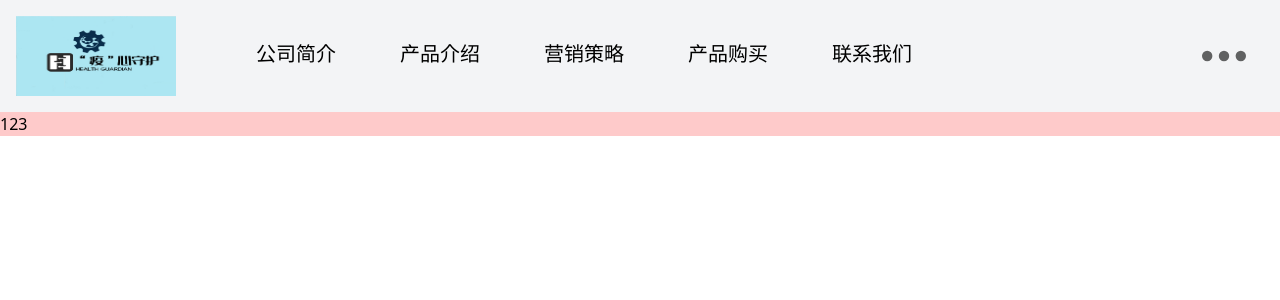
Repository: LiuRuohui/company_introduction
Page: /#/introduction
These files come from the project's save history. The page is drawn as it stood at one moment and after the next save; the edit follows.
The browser window is 1280 px wide. The pictures show the whole page.
The project was rebuilt for these pictures with package versions that can differ from the ones it lists, and the page was loaded fresh each time. Also part of the build but not shown: vite.config.js, src/components/product.vue, src/components/purchase.vue, src/components/strategy.vue, src/components/contact.vue, src/components/public.vue.

Above is the page before, as saved 2022-05-09 23:12:51.

### index.html
<!DOCTYPE html>
<html lang="en">
  <head>
    <meta charset="UTF-8" />
    <link rel="icon" href="/favicon.ico" />
    <meta name="viewport" content="width=device-width, initial-scale=1.0" />
    <title>COMPANY_INTRODUCTION</title>
  </head>
  <body>
    <div id="app"></div>
    <script type="module" src="/src/main.js"></script>
  </body>
</html>

### src/main.js
import { createApp } from 'vue'
import "./index.css";
//引入路由器
import router from '../src/router/route.js'

import App from './App.vue'

const app = createApp(App);
app.use(router);
app.mount('#app');

### src/index.css
/* ./src/index.css */

@tailwind base;
@tailwind components;
.inputFrame {
  @apply w-full content-center text-base px-4 py-2 border-b rounded-2xl border-gray-300;
}

.inputFrame:focus {
  @apply outline-none border-indigo-500;
}

.btn {
  @apply w-full flex justify-center bg-gradient-to-r from-indigo-500 to-blue-600 text-gray-100 p-4 rounded-full tracking-wide font-semibold shadow-lg cursor-pointer transition ease-in duration-500;
}

.btn:hover {
  @apply bg-gradient-to-l from-blue-500 to-indigo-600;
}

.label {
  @apply ml-3 text-sm font-bold text-gray-700 tracking-wide;
}

@tailwind utilities;

### src/router/route.js
import { createRouter, createWebHashHistory } from "vue-router";
//引入组件
import Introduction from "../components/introduction.vue"
import Product from "../components/product.vue"
import Purchase from "../components/purchase.vue"
import Strategy from "../components/strategy.vue"
import Contact from "../components/contact.vue"

const route = [
    {
        path:'/introduction',
        component:Introduction
    },
    {
        path:'/product',
        component:Product
    },
    {
        path:'/strategy',
        component:Strategy
    },
    {
        path:'/purchase',
        component:Purchase
    },
    {
        path:'/contact',
        component:Contact
    },
]

// 创建路由对象
const router = createRouter({
    history: createWebHashHistory(),
    routes: route
  });


export default router

### src/App.vue
<script setup>
import Public from './components/public.vue';
import MainPage from './components/mainPage.vue';
// This starter template is using Vue 3 <script setup> SFCs
// Check out https://vuejs.org/api/sfc-script-setup.html#script-setup

</script>

<template>
<MainPage></MainPage>
</template>

<style>

</style>

### src/components/introduction.vue
<script setup>

</script>

<template>
<div class="w-full h-full bg-red-200">
123
</div>
</template>

### src/components/mainPage.vue
<script setup></script>

<template>
    <div class="max-h-full min-h-screen w-full flex flex-col bg-white">
        <div class="w-full h-28 flex flex-row bg-gray-100">
            <div class="h-full">
                <img
                    src="/src/assets/logo.png"
                    alt="公司图标"
                    class="h-20 m-4 w-40"
                />
            </div>
            <div class="flex font-sans text-xl ml-8">
                <router-link
                    active-class="active"
                    to="/introduction"
                    class="px-8 pt-10 hover:cursor-pointer hover:bg-blue-300"
                    >公司简介</router-link
                >
                <router-link
                    active-class="active"
                    to="/product"
                    class="px-8 pt-10 hover:cursor-pointer hover:bg-blue-300"
                    >产品介绍</router-link
                >
                <router-link
                    active-class="active"
                    to="/strategy"
                    class="px-8 pt-10 hover:cursor-pointer hover:bg-blue-300"
                    >营销策略</router-link
                >
                <router-link
                    active-class="active"
                    to="/purchase"
                    class="px-8 pt-10 hover:cursor-pointer hover:bg-blue-300"
                    >产品购买</router-link
                >
                <router-link
                    active-class="active"
                    to="/contact"
                    class="px-8 pt-10 hover:cursor-pointer hover:bg-blue-300"
                    >联系我们</router-link
                >
            </div>
            <div class="flex flex-grow flex-row-reverse">
                <img
                    src="/src/assets/more.svg"
                    alt="更多"
                    class="w-16 h-16 opacity-60 mt-6 mr-6 hover:cursor-pointer"
                />
            </div>
        </div>
        <div class="w-full flex flex-grow">
            <router-view></router-view>
        </div>
    </div>
</template>

<style></style>

### tailwind.config.js
module.exports = {
  content: [
      "./index.html",
      "./src/**/*.{vue,js,ts,jsx,tsx}",
  ],
  theme: {
      extend: {},
  },
  plugins: [],
}

After the next save:
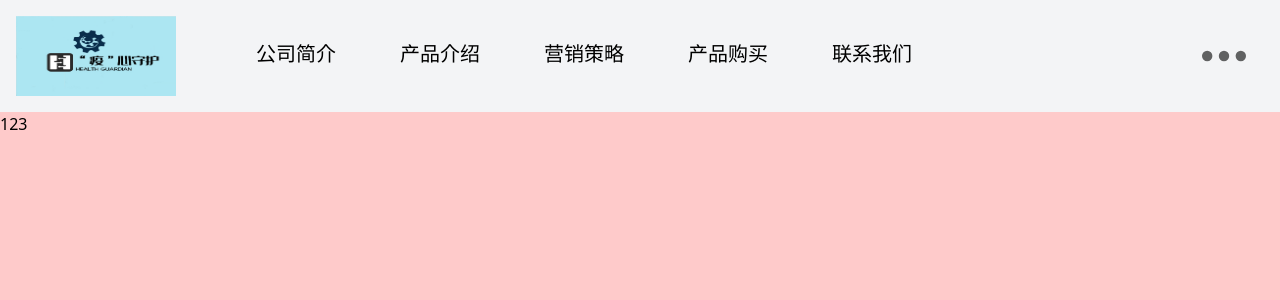
Saved 20 s later.
--- a/src/components/introduction.vue
+++ b/src/components/introduction.vue
@@ -3,7 +3,7 @@
 </script>
 
 <template>
-<div class="w-full h-full bg-red-200">
+<div class="w-full bg-red-200">
 123
 </div>
 </template>
